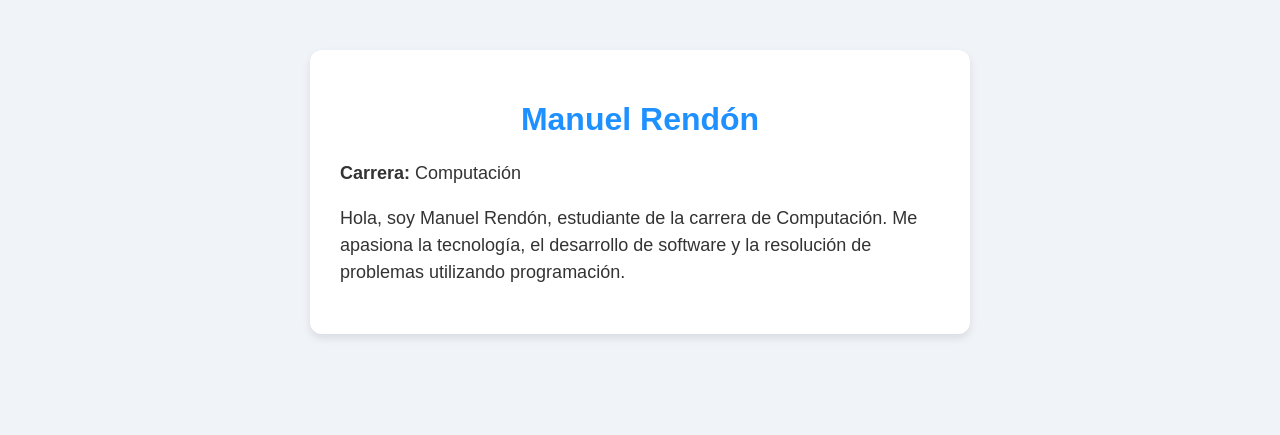
Repository: leyovelez0220-afk/proyecto-grupo-1
Page: vista.html
An editor plug-in stored every save of this project. The page is shown before and after the next save, followed by the edit.
The browser window is 1280 px wide. The pictures show the whole page.

Above is the page before, as saved 2025-08-04 11:56:37.

After the next save:
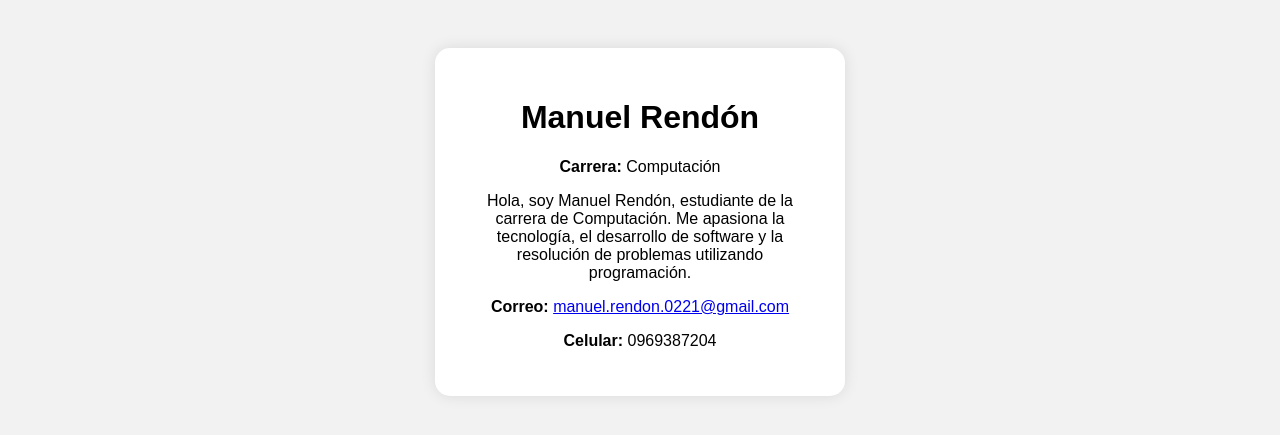
Saved 4 min 42 s later.
--- a/vista.html
+++ b/vista.html
@@ -3,13 +3,18 @@
 <head>
   <meta charset="UTF-8">
   <title>Perfil de Manuel Rendón</title>
-  <link rel="stylesheet" href="estilo.css">
+  <link rel="stylesheet" href="estilos.css">
 </head>
 <body>
   <div class="perfil">
     <h1>Manuel Rendón</h1>
     <p><strong>Carrera:</strong> Computación</p>
     <p>Hola, soy Manuel Rendón, estudiante de la carrera de Computación. Me apasiona la tecnología, el desarrollo de software y la resolución de problemas utilizando programación.</p>
+
+    <div class="contacto">
+      <p><strong>Correo:</strong> <a href="mailto:manuel.rendon.0221@gmail.com">manuel.rendon.0221@gmail.com</a></p>
+      <p><strong>Celular:</strong> 0969387204</p>
+    </div>
   </div>
 </body>
 </html>
